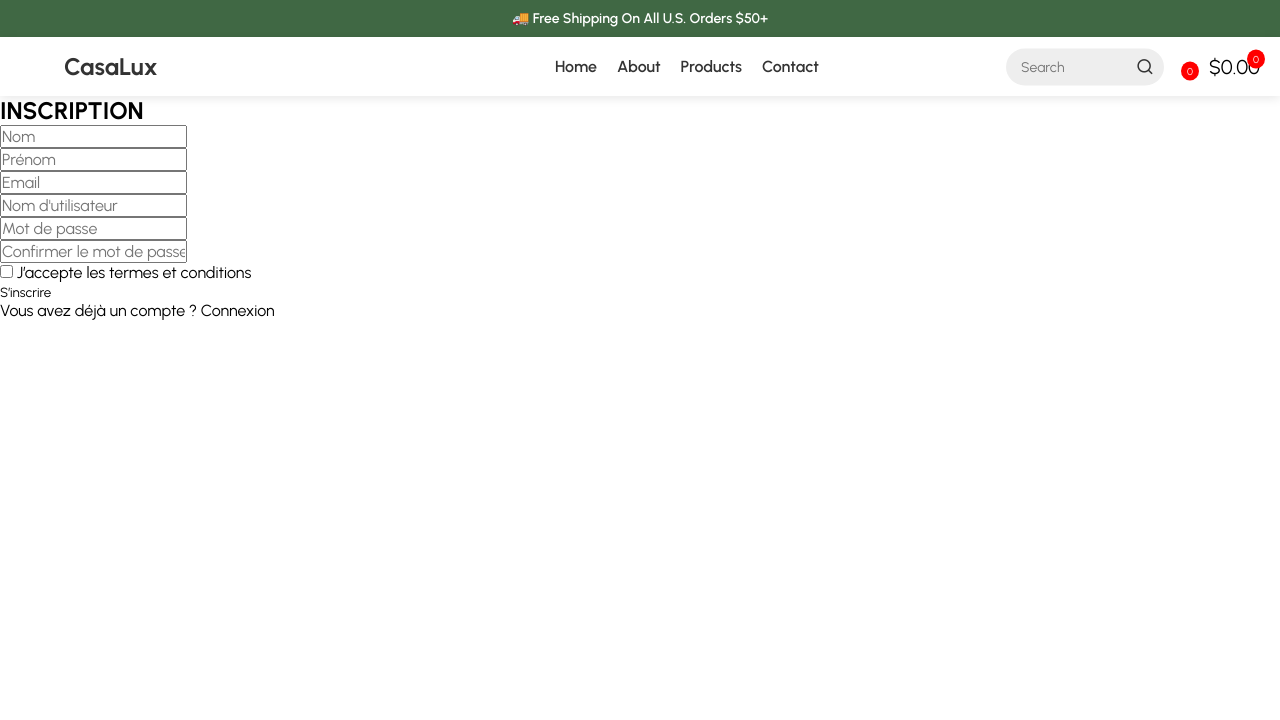
Repository: doua184/CasaLux
Page: inscription.html
The author's editor kept a copy of each file at every save. The page is drawn from the files as they stood at one save, then again after the next save.
The browser window is 1280 px wide. The pictures show the whole page.
Some icons come from a web library that is not loaded, so they are not drawn. Some web libraries are served in a nearby version.

Above is the page before, as saved 2025-04-05 19:11:46.

### inscription.html
<!DOCTYPE html>
<html lang="en">
  <head>
    <meta charset="UTF-8" />
    <meta name="viewport" content="width=device-width, initial-scale=1.0" />
    <link
      href="https://cdn.jsdelivr.net/npm/remixicon@4.3.0/fonts/remixicon.css"
      rel="stylesheet"
    />
    <link
      rel="stylesheet"
      href="https://cdn.jsdelivr.net/npm/swiper@11/swiper-bundle.min.css"
    />
    <link rel="stylesheet" href="style.css" />
    <link rel="stylesheet" href="style.css" />

    <title>CasaLux</title>
    <!-- Google Fonts -->
    <link rel="preconnect" href="https://fonts.googleapis.com">
    <link rel="preconnect" href="https://fonts.gstatic.com" crossorigin>
    <link href="https://fonts.googleapis.com/css2?family=Urbanist:wght@400;500;600;700;800&display=swap" rel="stylesheet">
    <!-- Swiper CSS -->

<!-- Swiper JS -->
<script src="https://cdn.jsdelivr.net/npm/swiper@10/swiper-bundle.min.js"></script>


    <script type="module" src="https://cdn.jsdelivr.net/npm/@ionic/core/dist/ionic/ionic.esm.js"></script>
    <script nomodule src="https://cdn.jsdelivr.net/npm/@ionic/core/dist/ionic/ionic.js"></script>
  </head>
  <body>
    <div class="alert">
        <p class="alert-text">🚚 Free Shipping On All U.S. Orders $50+</p>
    </div>
    <nav class="nav">
        <div class="container nav__container">
            <div class="nav__logo">
                <a href="#" class="logo">CasaLux</a>
            </div>

            <ul class="nav__links" id="nav-links">
                <li><a href="#home">Home</a></li>
                <li><a href="#about">About</a></li>
                <li><a href="#product">Products</a></li>
                <li><a href="#contact">Contact</a></li>
            </ul>




        </div>
        <div class="nav__right"><div class="header-actions">
            <div class="nav__search">
                <input type="text" placeholder="Search" />
                <button class="search-btn"><i class="ri-search-line"></i></button>
            </div>

            <button class="header-action-btn" aria-label="user">
              <ion-icon name="person-outline" aria-hidden="true" aria-hidden="true"></ion-icon>
            </button>

            <button class="header-action-btn" aria-label="favourite item">
              <ion-icon name="star-outline" aria-hidden="true" aria-hidden="true"></ion-icon>

              <span class="btn-badge">0</span>
            </button>

            <button class="header-action-btn" aria-label="cart item">
              <data class="btn-text" value="0">$0.00</data>

              <ion-icon name="bag-handle-outline" aria-hidden="true" aria-hidden="true"></ion-icon>

              <span class="btn-badge">0</span>
            </button>

          </div></div>

    </nav>
    <section>
        <h1>INSCRIPTION</h1>
    <div class="champ">
        <div class="input-box">
            <input type="text" placeholder="Nom">
            <i class="fa-solid fa-user"></i>
        </div>

        <div class="input-box">
            <input type="text" placeholder="Prénom">
            <i class="fa-solid fa-user"></i>
        </div>

        <div class="input-box">
            <input type="email" placeholder="Email">
            <i class="fa-solid fa-envelope"></i>
        </div>

        <div class="input-box">
            <input type="text" placeholder="Nom d'utilisateur">
            <i class="fa-solid fa-user-circle"></i>
        </div>

        <div class="input-box">
            <input type="password" placeholder="Mot de passe">
            <i class="fa-solid fa-lock"></i>
        </div>

        <div class="input-box">
            <input type="password" placeholder="Confirmer le mot de passe">
            <i class="fa-solid fa-lock"></i>
        </div>

        <div class="remenber-forget">
            <label><input type="checkbox"> J’accepte les termes et conditions</label>
        </div>

        <button class="login-btn">S’inscrire</button>

        <div class="register-link">
            <p>Vous avez déjà un compte ? <a href="login.html">Connexion</a></p>
        </div>
    </div>

    </section>


</body>
</html>

### style.css
/* Import Google Font */
@import url('https://fonts.googleapis.com/css2?family=Urbanist:wght@400;500;600;700;800&display=swap');

/* Reset & Global Styles */
* {
    margin: 0;
    padding: 0;
    box-sizing: border-box;
    font-family: 'Urbanist', sans-serif; /* Ajout de la famille sans-serif comme fallback */
}

body {
    background-color: #fff; /* Couleur de fond standard */
    overflow-x: hidden; /* Empêcher le défilement horizontal */
}

/* Alert Banner */
.alert {
    background-color: #406844;
    color: white;
    font-size: 14px;
    text-align: center;
    padding: 10px 0;
    font-weight: 600;
}

/* Navigation */
.nav {
    background: #fff;
    padding: 15px 0;
    box-shadow: 0px 2px 10px rgba(0, 0, 0, 0.1);
    position: sticky;
    top: 0;
    width: 100%;
    z-index: 1000;
}

.nav__container {
    width: 90%;
    max-width: 1200px;
    margin: 0 auto;
    display: flex;
    justify-content: space-between;
    align-items: center;
    position: relative;
}

.logo {
    font-size: 24px;
    font-weight: 700;
    text-decoration: none;
    color: #333;
}

/* Navigation Links */
.nav__links {
  list-style: none; /* Retirer les puces de la liste */
  display: flex; /* Utiliser flexbox pour les éléments enfants */
  gap: 20px; /* Espacement entre les éléments */
  justify-content: center; /* Centrer les éléments horizontalement */
  align-items: center; /* Optionnel : centrer verticalement les éléments */
  width: 100%;
}

.nav__links li {
    display: inline-block;
}

.nav__links a {
    text-decoration: none;
    font-size: 16px;
    color: #333;
    font-weight: 600;
    transition: color 0.3s ease-in-out;
    display: inline-block;
}

.nav__links a:hover {
    text-decoration: underline;
    color: #b8b399;
    transition: 0.3s;
}

/* Search Bar */
.nav__search {
    display: flex;
    align-items: center;
    background: #eee;
    padding: 5px 10px;
    border-radius: 20px;
}

.nav__search input {
    border: none;
    background: transparent;
    outline: none;
    padding: 5px;
    font-size: 14px;
    width: 120px;
    transition: width 0.3s ease-in-out; /* Transition pour l'input au focus */
}

.nav__search input:focus {
    width: 200px; /* Extension du champ de recherche au focus */
}

.search-btn {
    background: transparent;
    border: none;
    cursor: pointer;
    font-size: 18px;
    color: #333;
}

/* Header Actions */
.header-actions {
    display: flex;
    gap: 15px;
    font-size: 20px;
    align-items: center;
    position: absolute;
    right: 20px; /* Ajustement pour positionner plus précisément */
    top: 50%;
    transform: translateY(-50%);
}

.header-action-btn {
    font-size: 20px;
    background: none;
    border: none;
    cursor: pointer;
    position: relative;
    transition: color 0.3s ease-in-out;
}

.header-action-btn:hover {
    color: #b8b399;
}

.btn-badge {
    position: absolute;
    top: -5px;
    right: -5px;
    background: #ff0000;
    color: white;
    font-size: 10px;
    padding: 3px 6px;
    border-radius: 50%;
}

/* Ajustement du texte */
.header__container {
    display: grid;
    place-items: left; /* Centrer le contenu à la fois horizontalement et verticalement */
    background-image: url('imagee.jpg');
    background-size: cover;
    background-position: left;
    height: 100vh; /* Remplir l'écran */
    overflow: hidden;
    color: #fff; /* Textes clairs pour contraster avec l'arrière-plan */
}

/* Ajout de quelques améliorations globales */
a {
    color: inherit; /* Assurer une couleur de texte cohérente */
    text-decoration: none; /* Pour que les liens n'aient pas de soulignement par défaut */
}

button {
    background: none;
    border: none;
    cursor: pointer;
}

input, textarea {
    font-family: inherit; /* Garder la même police dans les champs de texte */
    font-size: inherit;
}


.header__image img {
    max-width: 900px;
    margin-left: auto;
}

.header__content {
    grid-area: 1/1/2/2;
    display: flex;
    align-items: center;
    justify-content: center; /* Ajouté pour centrer le contenu */
    padding: 2rem;
    z-index: 1; /* S'assurer que le contenu est au-dessus de l'image */
}

.header__content > div {
    max-width: 500px;
    padding: 4rem 1rem;
    background-color: rgba(255, 255, 255, 0.5);
    backdrop-filter: blur(10px);
    z-index: 2; /* S'assurer que le texte est au-dessus du fond */
    position: relative;
    right: 15%;
}


.header__content h1 {
    margin-bottom: 1rem;
    font-size: 4rem;
    font-weight: 600;
    font-family: var(--header-font);
    color: #16400a;
    animation: fadeInUp 2s forwards;
}

.header__content p {
    font-size: 1.2rem;
    color: #346531;
    animation: fadeInUp 20s forwards;
}
.header__content {
    grid-area: 1/1/2/2;
    display: flex;
    align-items: center;
    opacity: 0;
    transform: translateY(40px);
    animation: fadeInUp 3s forwards; }
  /* Animation fadeInUp */
  @keyframes fadeInUp {
    0% {
      opacity: 0;
      transform: translateY(20px);
    }
    100% {
      opacity: 1;
      transform: translateY(0);
    }
  }
  .deals__container {
    gap: 2rem;
    display: flex;
    justify-content: center;
    padding-inline: 10px;
  }
  .deals__container {
    gap: 2rem;
    display: flex;
    justify-content: center;
    padding-inline: 10px;
  }

  .deals__card span {
    display: inline-block;
    margin-bottom: 0.5rem;
    font-size: 2rem;
  }

  .deals__card h4 {
    margin-bottom: 0.5rem;
    font-size: 1.2rem;
    font-weight: 600;
    color: var(--text-dark);
  }

  .deals__card p {
    color: var(--text-light);
  }
 /* Animation de base pour la visibilité au défilement */
.deals__card {
    opacity: 0;
    transform: translateY(50px);
    transition: opacity 0.5s ease, transform 0.5s ease;
  }

  .deals__card.visible {
    opacity: 1;
    transform: translateY(0);
  }



  .deals__container {
    display: flex;
    flex-wrap: wrap;
    justify-content: space-between;
  }

  .deals__card {
    background: #f8f8f8;
    padding: 20px;
    margin: 15px;
    border-radius: 8px;
    width: 22%;
    box-shadow: 0 4px 8px rgba(0, 0, 0, 0.1);
  }

  .deals__card h4 {
    font-weight: 600;
    margin-bottom: 10px;
  }

  .deals__card p {
    font-weight: 400;
  }

  .deals__card span {
    font-size: 1.5em;
    margin-bottom: 10px;
  }


    .deals__card {
      width: 20%;
    }
    /* Animation de base pour la visibilité au défilement */
.deals__card {
    opacity: 0;
    transform: translateY(50px);
    transition: opacity 5s ease, transform 5s ease;
  }


.deals__card.visible {
    opacity: 1;
    transform: translateY(0);
}

/* Section principale */
.about__header {
  display: flex;
  flex-direction: column;
  gap: 2rem;
  position: relative;
  margin: 20px;
}

/* Bouton d'action */
.about__btn {
  position: absolute;
  top: 10px;
  right: 10px;
  padding: 10px 20px;
  background-color: #2d4d40;
  color: white;
  border: none;
  border-radius: 5px;
  cursor: pointer;
  font-size: 1rem;
  transition: background-color 0.3s ease-in-out;
}

.about__btn:hover {
  background-color: #1f362c;
}

/* Contenu général */
.about__content {
  margin-top: 2rem;
  display: grid;
  grid-template-columns: 1fr 1fr;
  gap: 2rem;
  padding: 1rem;
}

/* Image unique */
.about__image img {
  width: 95%;
  object-fit: cover;
  transition: transform 0.3s ease-in-out;
  padding-left:30px ;
}

.about__image img:hover {
  transform: scale(1.05);
}

/* Grille globale */
.about__grid {
  display: grid;
  gap: 2rem;
  padding: 1rem;
}

/* Cartes en grille 2 colonnes */
.about__cards {
  display: grid;
  grid-template-columns: repeat(2, 1fr);
  gap: 1rem;
}

.about__card {
  background-color: #ffffff;
  padding: 2rem;
  border-radius: 10px;
  transition: transform 0.3s ease-in-out, box-shadow 0.3s ease-in-out;
  opacity: 0;
  animation: fadeInUp 6s ease-out forwards;
}

/* Délais d'affichage décalés */
.about__card:nth-child(1) { animation-delay: 1s; }
.about__card:nth-child(2) { animation-delay: 2s; }
.about__card:nth-child(3) { animation-delay: 3s; }
.about__card:nth-child(4) { animation-delay: 4s; }

.about__card:hover {
  transform: translateY(-5px);
  box-shadow: 0 12px 25px rgba(0, 0, 0, 0.15);
}


.about__card h3 {
  margin-bottom: 0.5rem;
  font-size: 1.75rem;
  font-weight: 700;
  color: #1a5e1a;
}



.about__card p {
  color: #444;
  font-size: 1rem;
  line-height: 1.6;
}

@keyframes fadeInUp {
  from {
    opacity: 0;
    transform: translateY(50px);
  }
  to {
    opacity: 1;
    transform: translateY(0);
  }
}
.about-intro {
  display: flex;
  flex-direction: column;
  align-items: center;
  justify-content: center;
  text-align: center;
  padding: 0rem;
  max-width: 900px;
  animation: fadeInUp 1.5s ease-out forwards;
  opacity: 0;
  margin: 0 auto;
  height: 100%;
  padding-top: 20px;
}

.about-intro h2 {
  font-size: 2rem;
  color: #654a1b;
  margin-bottom: 1rem;
}

/* Paragraphe */
.about-intro p {
  font-size: 20PX;
  color: #444;
  max-width: 900px;


}



.product__grid {
  margin-top: 4rem;
  display: grid;
  grid-template-columns: 1fr 1fr 1fr;
  gap: 2rem;
}

.product__card {
  position: relative;
  isolation: isolate;
  padding: 2rem;
}

.product__card::before {
  position: absolute;
  content: "";
  top: 0;
  left: 0;
  width: 100%;
  height: 65%;
  background-color: rgba(130, 130, 130, 0.205);
  z-index: -1;
  transition: 0.3s;
}

.product__card:hover::before {
  height: 100%;
}

.product__card h4 {
  font-size: 2rem;
  font-weight: 500px;
  color: rgb(59, 92, 59);
  justify-content: center;
}

.titre{
  font-size: 2rem;
  color: #654a1b;
  text-align: center; /* Centre le texte horizontalement */
  text-decoration: underline;
  position: relative;
  padding-top: 20px;

}
.product__card p {
  margin-bottom: 2rem;
  font-size: 1.2rem;
  color: black;
}

.product__card img {
  max-width: 275px;
  margin-inline: auto;}
/* Section Container */
.section__container {
  padding: 50px 0;
  background-color: #f8f8f8;
}

.client__container {
  max-width: 1200px;
  margin: 0 auto;
  padding: 0 20px;

}

/* Content */
.client__content {
  text-align: center;
}

/* Section Header */
.section__header {
  font-size: 2.5rem;
  font-weight: 600;
  color: #333;
  margin-bottom: 10px;
}

.section__description {
  font-size: 1.1rem;
  color: #777;
  margin-bottom: 40px;
}

/* Slider */
.swiper {
  max-width: 100%;
  overflow: hidden;
  size: 200px;

}

.swiper-wrapper {
  display: flex;
  transition: transform 0.3s ease-in-out;
}

/* Slides */
.swiper-slide {
  flex-shrink: 0;
  width: 100%;
  padding: 0 15px;

}

.client__card {
  background-color: #fff;
  padding: 20px;
  max-width: 100%;
  box-shadow: 0 2px 10px rgba(0, 0, 0, 0.1);
  border-radius: 10px;
  text-align: center;
  background-color: #b8b8b825;
  transition: transform 0.3s ease, background-color 0.3s ease;
}


.client__card:hover {
  transform: scale(1.1); /* Augmenter la taille à 110% */
}
.What{
  color: #346531;
  font-size: xx-large;
}

.client__card img {
  width: 80px;
  height: 80px;
  border-radius: 40%;
  object-fit: cover;
  margin-bottom: 15px;
}

.client__card p {
  font-size: 1rem;
  color: #2f3230;
  margin-bottom: 15px;
}

.client__card h4 {
  font-size: 1.2rem;
  font-weight: 600;
  color: #284629;
  margin-bottom: 5px;
}

.client__card h5 {
  font-size: 1rem;
  color: #757171;
}

/* Footer Styles */
.footer {
  background-color: #ffffff;
  color: white;
  padding: 50px 0;
  font-family: 'Urbanist', sans-serif;
}

.footer__container {
  display: flex;
  flex-wrap: wrap;
  justify-content: space-between;
  gap: 40px;
  width: 90%;
  background-color: #406844;
  max-width: 1200px;
  margin: 2px auto;
  padding: 7px;
}

.footer__col {
  flex: 1;
  min-width: 250px;
}

.footer__logo {
  font-size: 24px;
  font-weight: 700;
  color: #fff;
  margin-bottom: 20px;
}

.footer__logo a {
  text-decoration: none;
  color: #fff;
}

.footer__socials {
  list-style: none;
  display: flex;
  gap: 15px;
  margin-top: 20px;
}

.footer__socials li a {
  color: white;
  font-size: 20px;
  transition: color 0.3s ease;
}

.footer__socials li a:hover {
  color: #b8b399;
}

.footer__col h4 {
  font-size: 18px;
  margin-bottom: 15px;
  font-weight: 600;
}

.footer__links {
  list-style: none;
  padding: 0;
}

.footer__links li {
  margin: 10px 0;
}

.footer__links a {
  text-decoration: none;
  color: white;
  font-size: 14px;
  transition: color 0.3s ease;
}

.footer__links a:hover {
  color: #b8b399;
}

/* Footer Bottom Bar */
.footer__bar {
  text-align: center;
  padding: 20px 0;
  background-color: #406844;
  font-size: 14px;
  font-weight: 500;
  color: #ccc;
  margin-top: 40px;
}

### inscription.css
@import url('https://fonts.googleapis.com/css2?family=Urbanist:wght@400;500;600;700;800&display=swap');

/* Reset & Global Styles */
* {
    margin: 0;
    padding: 0;
    box-sizing: border-box;
    font-family: 'Urbanist', sans-serif; /* Ajout de la famille sans-serif comme fallback */
}

body {
    background-color: #fff; /* Couleur de fond standard */
    overflow-x: hidden; /* Empêcher le défilement horizontal */
    background-image: url("image3.jpg");
    background-size: cover;
    }

/* Alert Banner */
.alert {
    background-color: #406844;
    color: white;
    font-size: 14px;
    text-align: center;
    padding: 10px 0;
    font-weight: 600;
}

/* Navigation */
.nav {
    background: #fff;
    padding: 15px 0;
    box-shadow: 0px 2px 10px rgba(0, 0, 0, 0.1);
    position: sticky;
    top: 0;
    width: 100%;
    z-index: 1000;
}

.nav__container {
    width: 90%;
    max-width: 1200px;
    margin: 0 auto;
    display: flex;
    justify-content: space-between;
    align-items: center;
    position: relative;
}

.logo {
    font-size: 24px;
    font-weight: 700;
    text-decoration: none;
    color: #333;
}

/* Navigation Links */
.nav__links {
  list-style: none; /* Retirer les puces de la liste */
  display: flex; /* Utiliser flexbox pour les éléments enfants */
  gap: 20px; /* Espacement entre les éléments */
  justify-content: center; /* Centrer les éléments horizontalement */
  align-items: center; /* Optionnel : centrer verticalement les éléments */
  width: 100%;
}

.nav__links li {
    display: inline-block;
}

.nav__links a {
    text-decoration: none;
    font-size: 16px;
    color: #333;
    font-weight: 600;
    transition: color 0.3s ease-in-out;
    display: inline-block;
}

.nav__links a:hover {
    text-decoration: underline;
    color: #b8b399;
    transition: 0.3s;
}

/* Search Bar */
.nav__search {
    display: flex;
    align-items: center;
    background: #eee;
    padding: 5px 10px;
    border-radius: 20px;
}

.nav__search input {
    border: none;
    background: transparent;
    outline: none;
    padding: 5px;
    font-size: 14px;
    width: 120px;
    transition: width 0.3s ease-in-out; /* Transition pour l'input au focus */
}

.nav__search input:focus {
    width: 200px; /* Extension du champ de recherche au focus */
}

.search-btn {
    background: transparent;
    border: none;
    cursor: pointer;
    font-size: 18px;
    color: #333;
}

section {
    background-color: rgba(255, 255, 255, 0.08);
    border: 1.5px solid rgba(255, 255, 255, 0.3);
    backdrop-filter: blur(15px);
    padding: 40px 40px 60px;
    max-width: 900px; /* Augmenté */
    width: 95%;       /* Presque toute la largeur */
    border-radius: 25px;
    padding-top: 40px;

    transform: translate(-50%, -50%);
    box-shadow: 0 8px 32px rgba(142, 7, 7, 0.2);
    box-sizing: border-box;
}

/* Espacement uniforme */
.input-box {
    margin-bottom: 20px;
    position: relative;
}

.input-box input {
    width: 100%;
    padding: 15px 45px 15px 20px;
    border-radius: 30px;
    background-color: transparent;
    border: 2px solid rgba(255, 255, 255, 0.5);
    color: white;
    outline: none;
    font-size: 16px;
}

.input-box input::placeholder {
    color: white;
    opacity: 0.8;
}

.input-box i {
    position: absolute;
    top: 50%;
    right: 15px;
    transform: translateY(-50%);
    color: white;
    pointer-events: none;
}

/* Checkbox et liens */
.remember-forget,
.register-link {
    margin: 10px 0;
    color: white;
    font-size: 14px;
}

/* Centrage et largeur du bouton */
.login-btn {
    width: 100%;
    padding: 15px;
    border-radius: 30px;
    border: none;
    background-color: white;
    color: #222;
    font-weight: bold;
    cursor: pointer;
    font-size: 16px;
    transition: 0.3s;
    margin-top: 20px;
}

.login-btn:hover {
    background: transparent;
    border: 2px solid white;
    color: white;
}


.input-box input:focus {
    border-color: #fff;
    box-shadow: 0 0 10px rgba(255, 255, 255, 0.4);
}

After the next save:
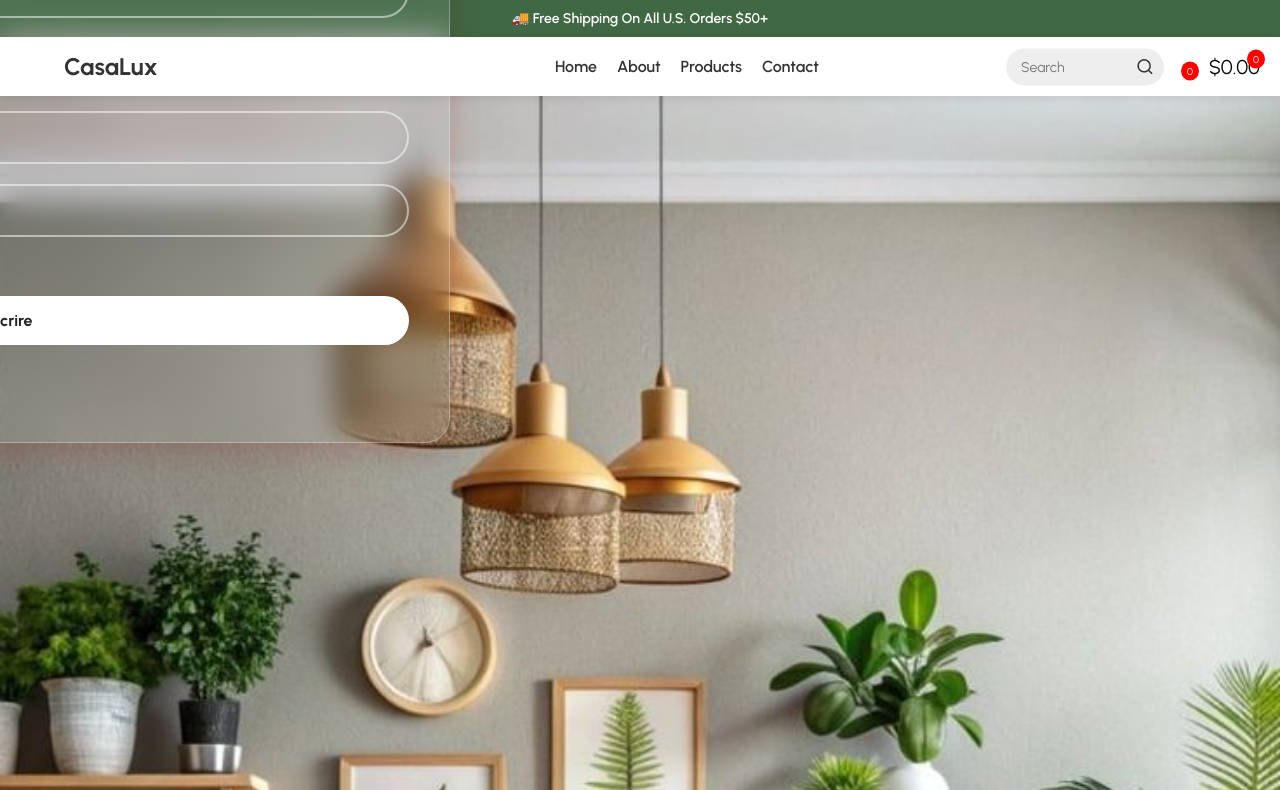
Saved 4 s later.
--- a/inscription.html
+++ b/inscription.html
@@ -12,7 +12,7 @@
       href="https://cdn.jsdelivr.net/npm/swiper@11/swiper-bundle.min.css"
     />
     <link rel="stylesheet" href="style.css" />
-    <link rel="stylesheet" href="style.css" />
+    <link rel="stylesheet" href="inscription.css" />
 
     <title>CasaLux</title>
     <!-- Google Fonts -->
